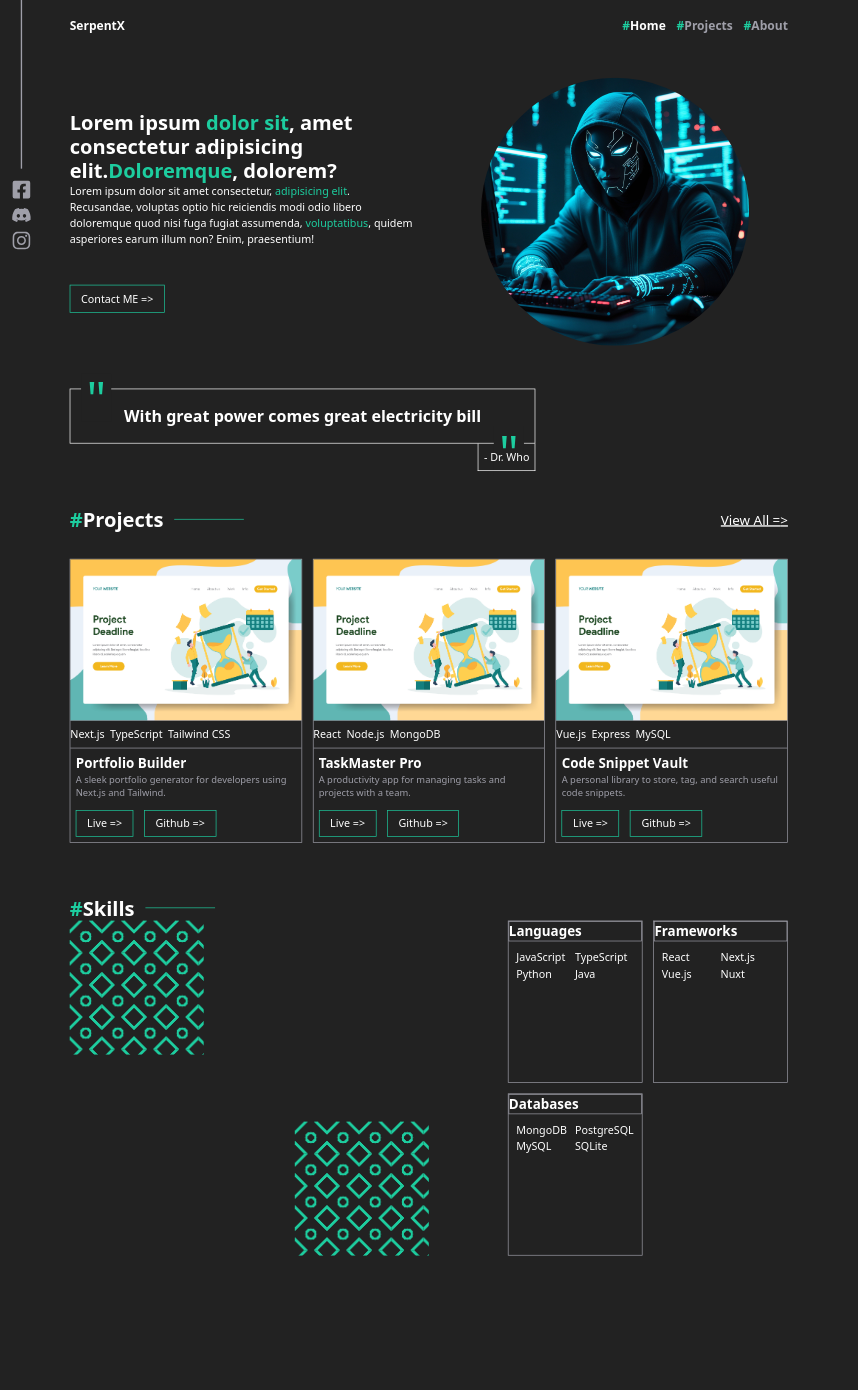
Repository: SERPENTX03/Portfolio-Tutorial
Page: /
These files come from the project's save history. The page is drawn as it stood at one moment and after the next save; the edit follows.
The browser window is 1280 px wide. The pictures show the whole page, at 67% of full size.
The project was rebuilt for these pictures with package versions that can differ from the ones it lists, and the page was loaded fresh each time. The framework's server and built-in components were replaced by stand-ins that run in the browser. Also part of the build but not shown: next.config.ts.

Above is the page before, as saved 2025-04-19 21:50:16.

After the next save:
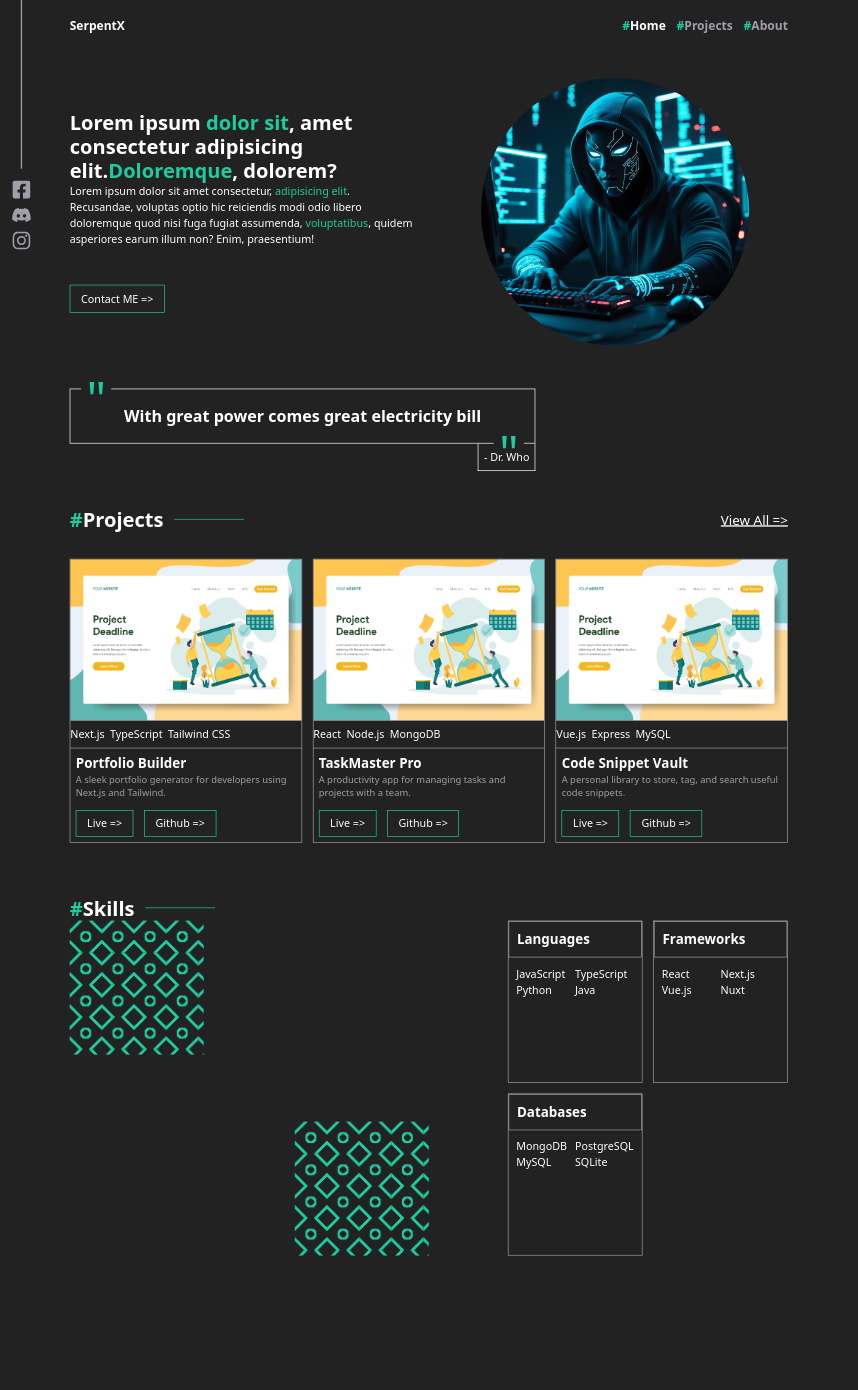
Saved 6 s later.
--- a/components/Skils.tsx
+++ b/components/Skils.tsx
@@ -18,7 +18,7 @@ const Skils = () => {
         <div className="grid grid-cols-2 gap-4">
           {techStacks.map((skil, index) => (
             <div key={index} className=" border border-text">
-              <h3 className="text-xl font-bold border-b border border-text">
+              <h3 className="text-xl font-bold border-b border border-text p-3">
                 {skil.title}
               </h3>
               <div className="grid grid-cols-2 p-3">
